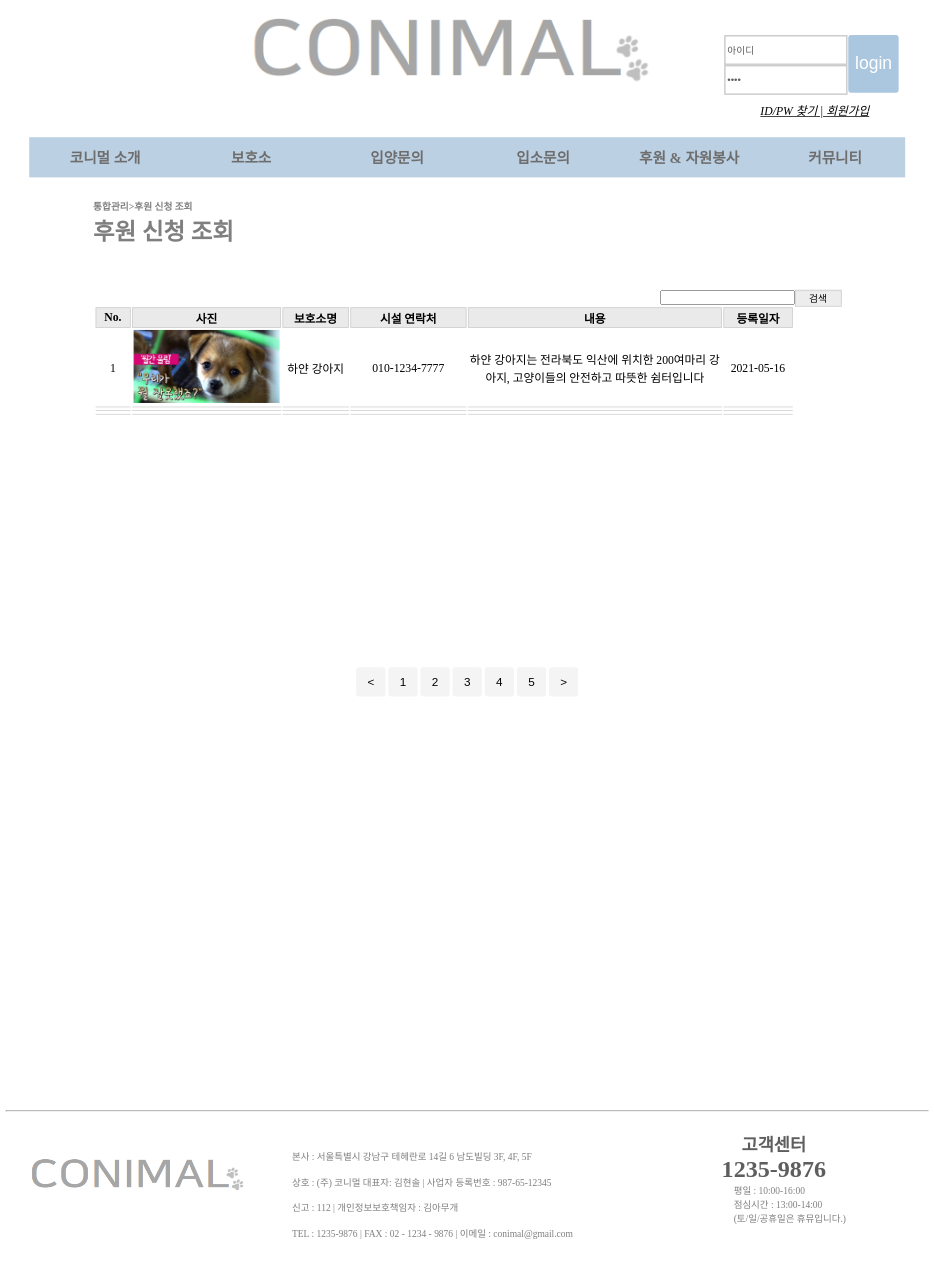
Repository: rlagusthf12/SemiProject
Page: http://localhost/jspProject/views/support/support.jsp
These files come from the project's save history. The page is drawn as it stood at one moment and after the next save; the edit follows.
The browser window is 1280 px wide. The pictures show the whole page, at 73% of full size.
The page is served by Tomcat 9.

Above is the page before, as saved 2021-05-18 10:21:41.

After the next save:
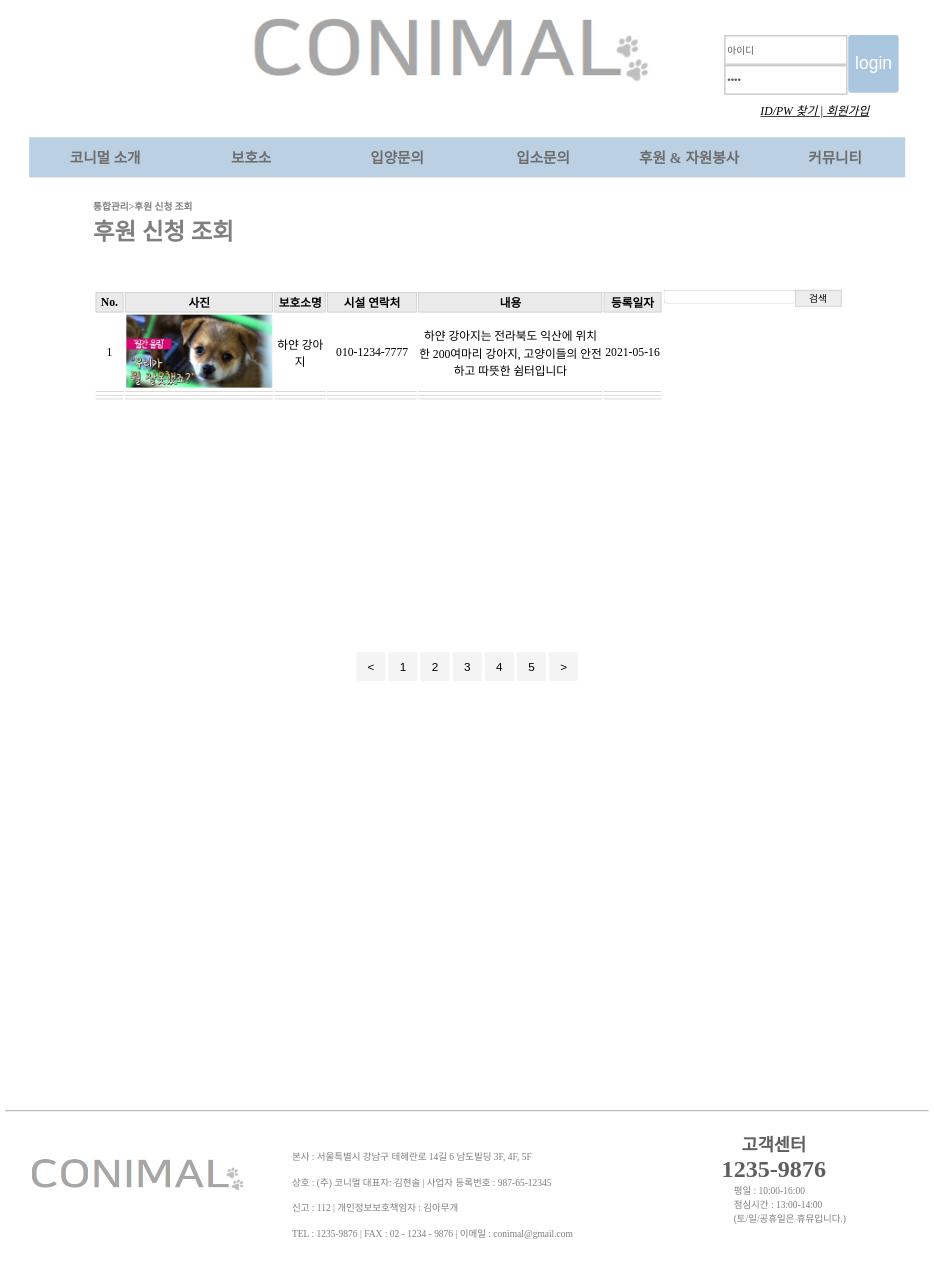
Saved 16 s later.
--- a/jspProject/WebContent/views/support/support.jsp
+++ b/jspProject/WebContent/views/support/support.jsp
@@ -71,6 +71,16 @@
     width:40px;
     height:40px;
     }
+     .searchbar{
+  color: rgb(94, 94, 94);
+  border-width: 1px 0px 1px 1px;
+  border-radius:4px;
+   border-style: solid;
+   border-color: rgb(204, 204, 204);
+   width:180px;
+   height:100%;
+   float:right;
+  }
     .searchbutton{
 
       border-width: 1px 1px 1px 1px;
